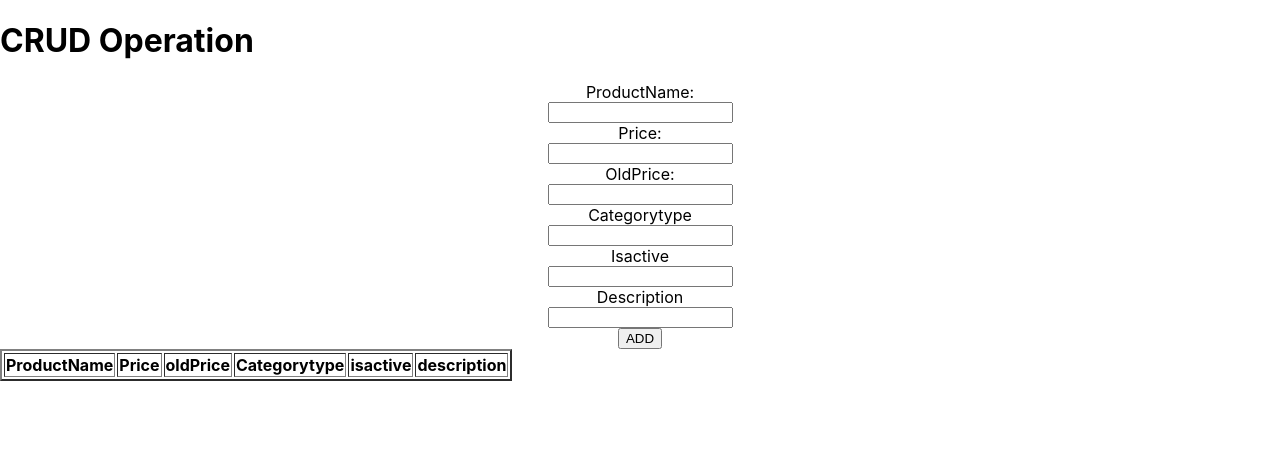
Repository: Josephkennedy603/Tridots-CRUD
Page: /
The author's editor kept a copy of each file at every save. The page is drawn from the files as they stood at one save, then again after the next save.
The browser window is 1280 px wide. The pictures show the whole page.
The page's requests for data from a server got no answer. The project was rebuilt for these pictures with package versions that can differ from the ones it lists, and the page was loaded fresh each time. No one was signed in, and anything a server would have sent is missing.

Above is the page before, as saved 2024-09-20 17:02:36.

After the next save:
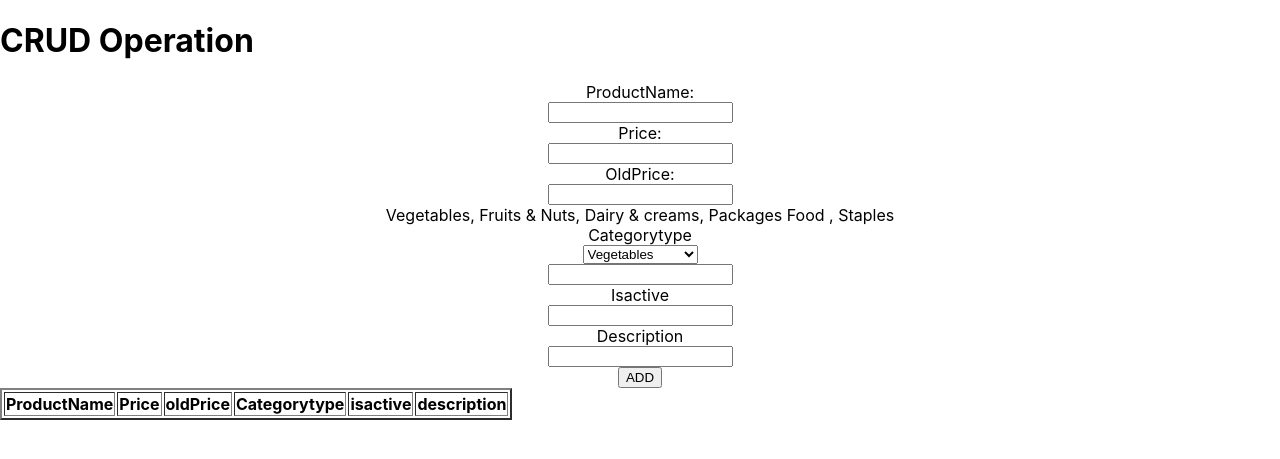
Saved 4 min 15 s later.
--- a/src/create.jsx
+++ b/src/create.jsx
@@ -44,7 +44,6 @@ const Create = ({ refetchUser }) => {
         onChange={(e) => setProductName(e.target.value)}
         required
       />
-
       <label>Price:</label>
       <input
         type="number"
@@ -53,7 +52,6 @@ const Create = ({ refetchUser }) => {
         onChange={(e) => setPrice(Number(e.target.value))}
         required
       />
-
       <label>OldPrice:</label>
       <input
         type="number"
@@ -61,8 +59,15 @@ const Create = ({ refetchUser }) => {
         onChange={(e) => setOldPrice(e.target.value)}
         required
       />
-
+      Vegetables, Fruits & Nuts, Dairy & creams, Packages Food , Staples
       <label>Categorytype</label>
+      <select name="" id="">
+        <option value="">Vegetables</option>
+        <option value="">Fruits & Nuts</option>
+        <option value="">Dairy & creams</option>
+        <option value="">Packages Food</option>
+        <option value=""> Staples</option>
+      </select>
       <input
         type="select"
         name="Phone Number"
@@ -72,13 +77,12 @@ const Create = ({ refetchUser }) => {
       />
       <label>Isactive</label>
       <input
-        type="number"
+        type=""
         name="Phone Number"
         value={isactive}
         onChange={(e) => setDescription(e.target.value)}
         required
       />
-
       <label>Description</label>
       <input
         type="text"
